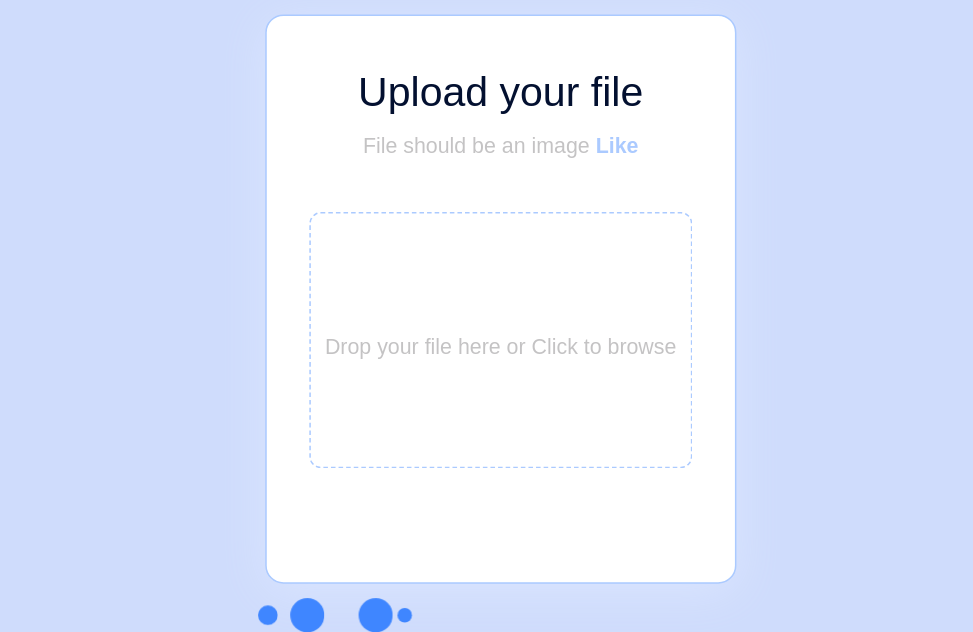
Repository: ThuongDuy/Phan_loai_anh
Page: hcsdlpt/index.html
These files come from the project's save history. The page is drawn as it stood at one moment and after the next save; the edit follows.
The browser window is 1280 px wide. The pictures show the whole page, at 76% of full size.

Above is the page before, as saved 2023-06-01 17:22:39.

After the next save:
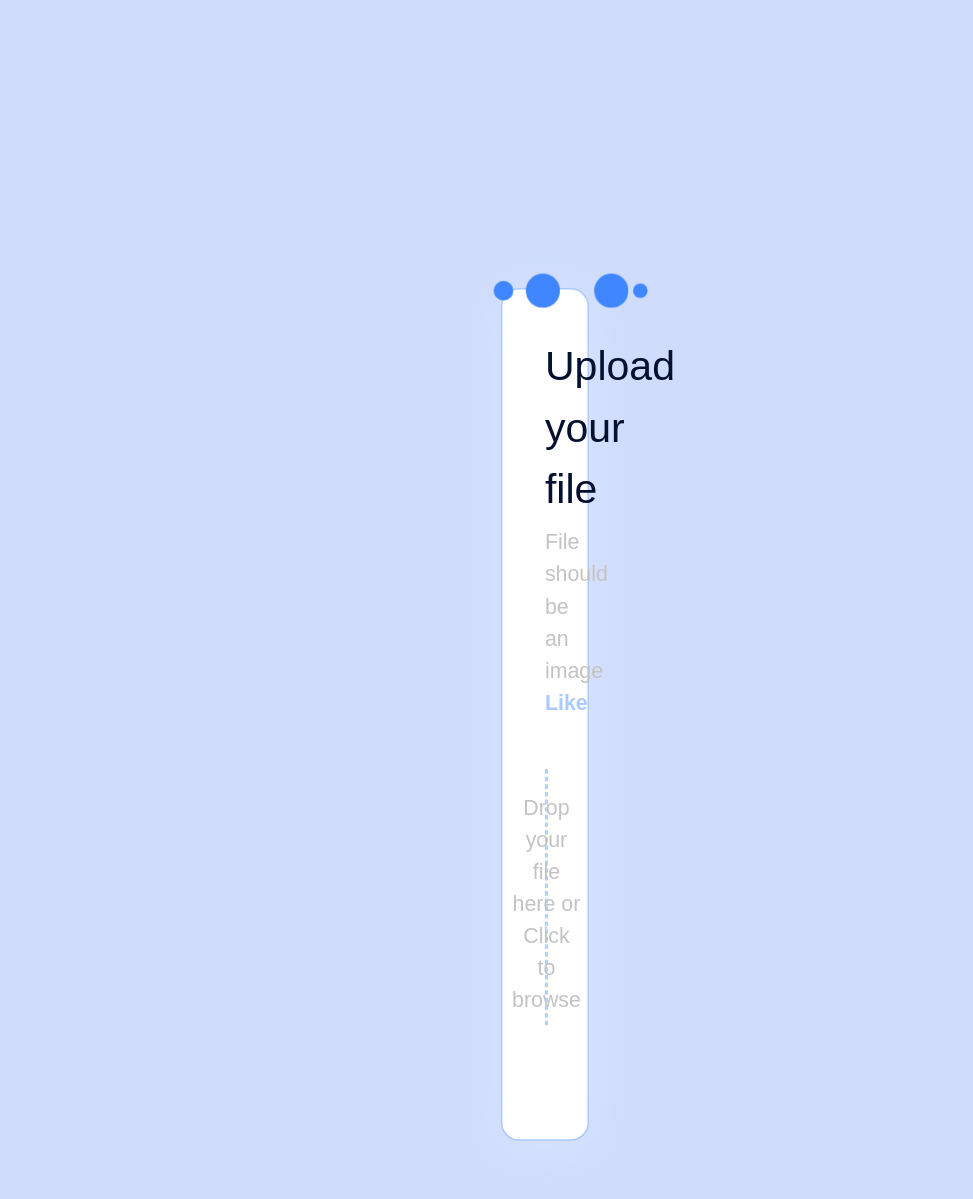
Saved 17 s later.
--- a/hcsdlpt/main.css
+++ b/hcsdlpt/main.css
@@ -677,6 +677,10 @@ body {
 .wrapper {
     position: relative;
 }
+.upload-area {
+    position: absolute;
+    z-index: 1;
+}
 .loading {
     position: absolute;
     z-index: 9;
